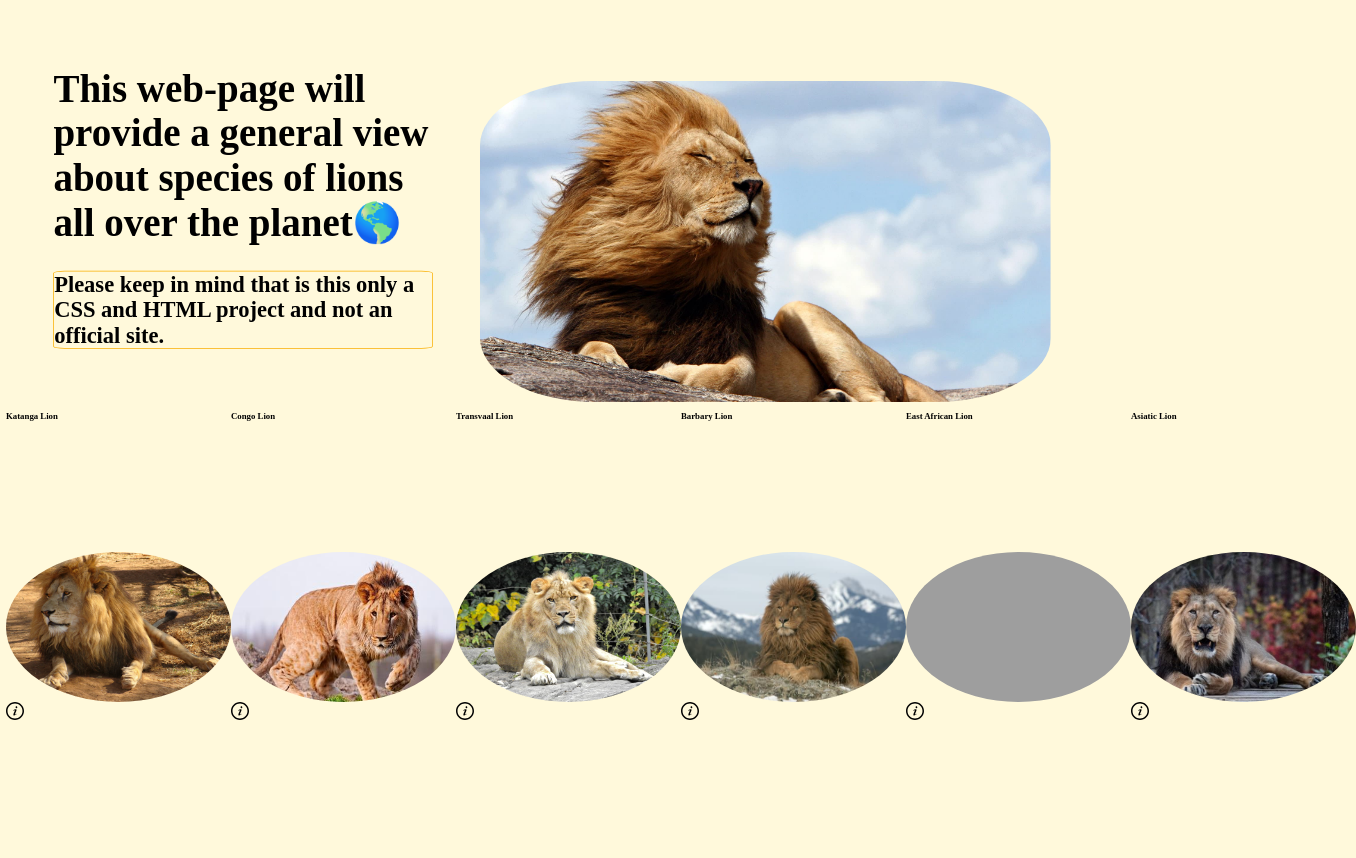
Repository: GeorgeManias/lions_project
Page: index.html
The author's editor kept a copy of each file at every save. The page is drawn from the files as they stood at one save, then again after the next save.
The browser window is 1280 px wide. The page is 1808 px wide, then 1508 px, then 1808 px, so the pictures cover 1808 px, including what lies to the right of the window. The pictures show the whole page, at 75% of full size.
Pictures or frames that could not be fetched are drawn as grey boxes.

Above is the page before, as saved 2021-11-03 20:50:50.

After the next save:
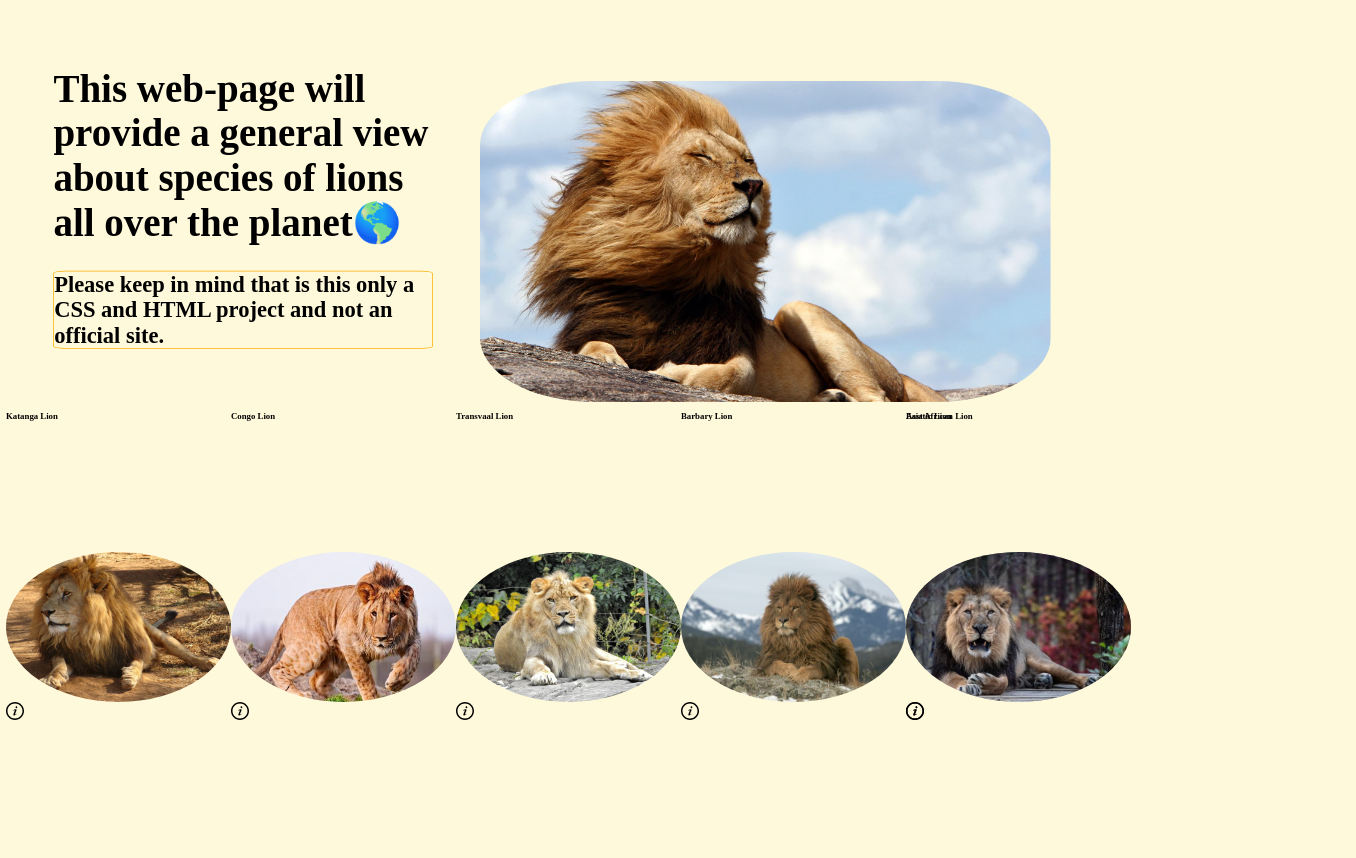
Saved 76 s later.
--- a/index.css
+++ b/index.css
@@ -187,3 +187,20 @@ header {
   grid-row: 3/4;
 }
 /*east_african Lion Cord End*/
+
+/*asiatic Lion Cord Start*/
+#asiatic_title_cord {
+  grid-column: 5/6;
+  grid-row: 1/2;
+}
+#asiatic_img_cord {
+  grid-column: 5/6;
+  grid-row: 2/3;
+}
+
+#asiatic_info_cord {
+  grid-column: 5/6;
+  grid-row: 3/4;
+}
+/*asiatic Lion Cord End*/
+/*//////////////////////////////////////////////////////////////////////////////////////////////////////////////////////////////////////////////////////////////////*/

After the save that followed:
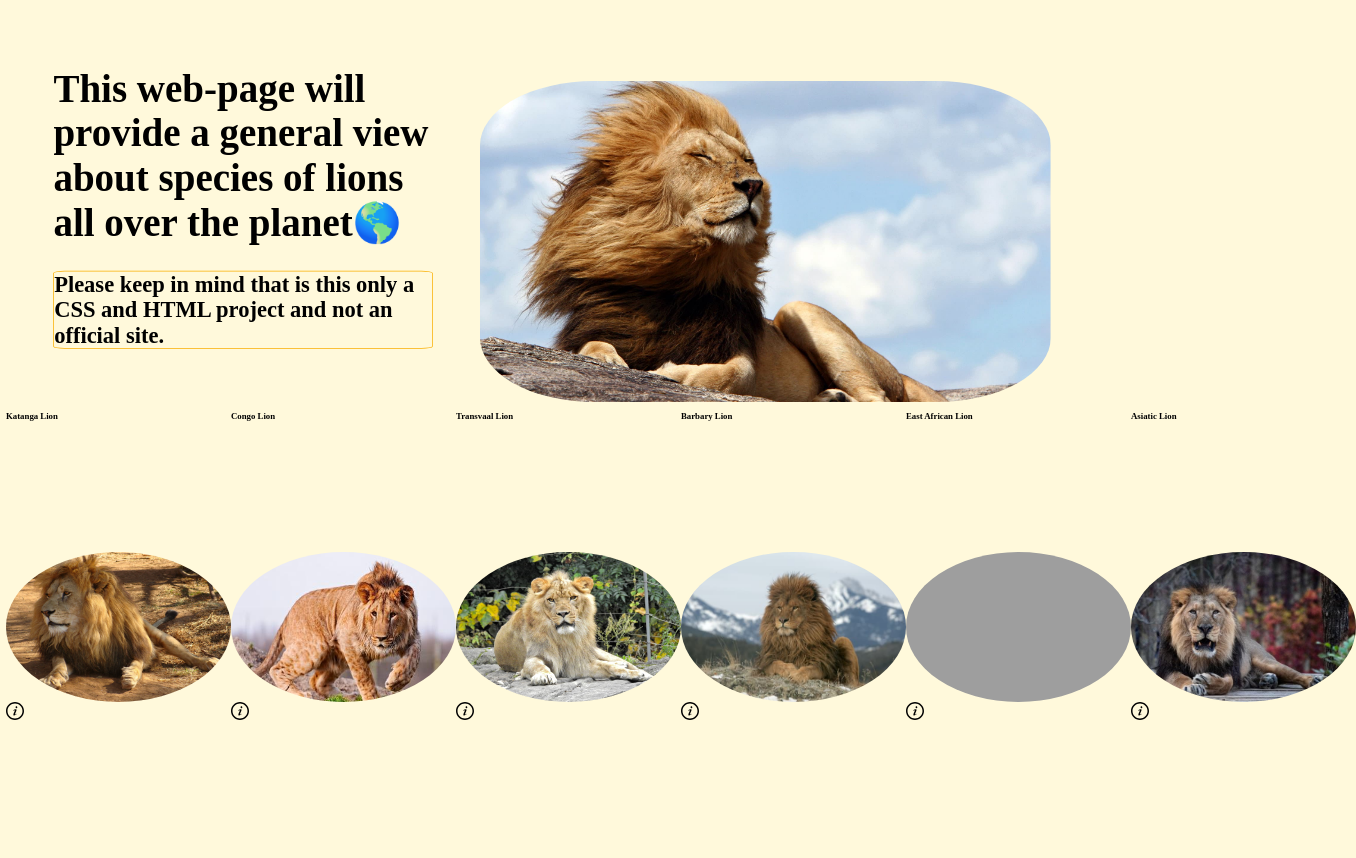
Saved 35 s later.
--- a/index.css
+++ b/index.css
@@ -190,16 +190,16 @@ header {
 
 /*asiatic Lion Cord Start*/
 #asiatic_title_cord {
-  grid-column: 5/6;
+  grid-column: 6/7;
   grid-row: 1/2;
 }
 #asiatic_img_cord {
-  grid-column: 5/6;
+  grid-column: 6/7;
   grid-row: 2/3;
 }
 
 #asiatic_info_cord {
-  grid-column: 5/6;
+  grid-column: 6/7;
   grid-row: 3/4;
 }
 /*asiatic Lion Cord End*/
